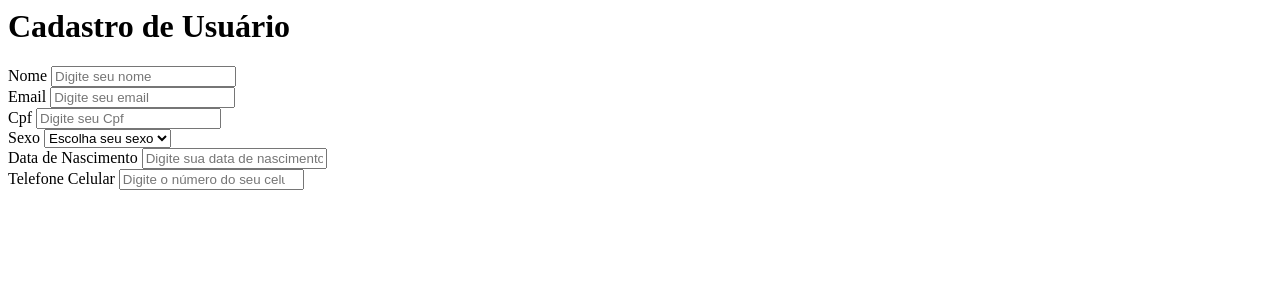
Repository: formatech2018/BRUNNO-S-FILMES
Page: sistema.filmes/src/main/webapp/resources/html/cadastro.html
These files come from the project's save history. The page is drawn as it stood at one moment and after the next save; the edit follows.
The browser window is 1280 px wide. The pictures show the whole page.

Above is the page before, as saved 2018-08-04 14:23:39.

After the next save:
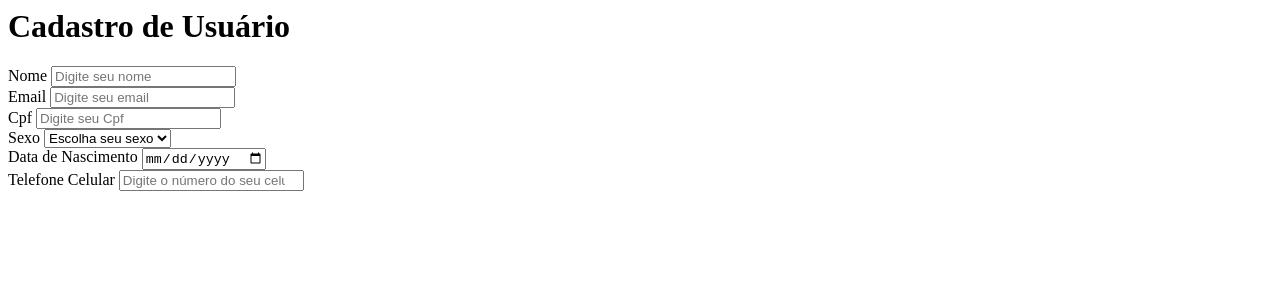
Saved 36 s later.
--- a/sistema.filmes/src/main/webapp/resources/html/cadastro.html
+++ b/sistema.filmes/src/main/webapp/resources/html/cadastro.html
@@ -34,7 +34,7 @@
 	<div class="row">
 		<div class="col">
 			<label for="colFormLabel" class="col-sm-2 col-form-label">Data de Nascimento</label>
-			<input type="text" id="nascimento" name="nascimento" class="form-control"
+			<input type="date" id="nascimento" name="nascimento" class="form-control"
 				placeholder="Digite sua data de nascimento">
 		</div>
 		<div class="col">

After the save that followed:
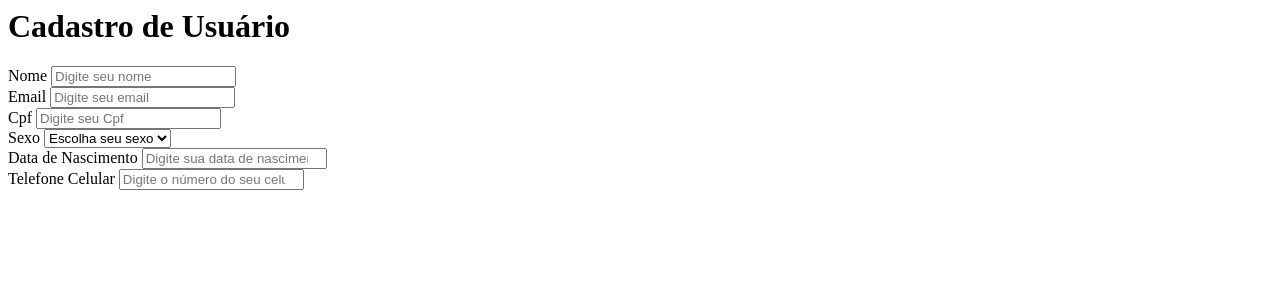
Saved 45 s later.
--- a/sistema.filmes/src/main/webapp/resources/html/cadastro.html
+++ b/sistema.filmes/src/main/webapp/resources/html/cadastro.html
@@ -34,7 +34,7 @@
 	<div class="row">
 		<div class="col">
 			<label for="colFormLabel" class="col-sm-2 col-form-label">Data de Nascimento</label>
-			<input type="date" id="nascimento" name="nascimento" class="form-control"
+			<input type="number" id="nascimento" name="nascimento" class="form-control"
 				placeholder="Digite sua data de nascimento">
 		</div>
 		<div class="col">
